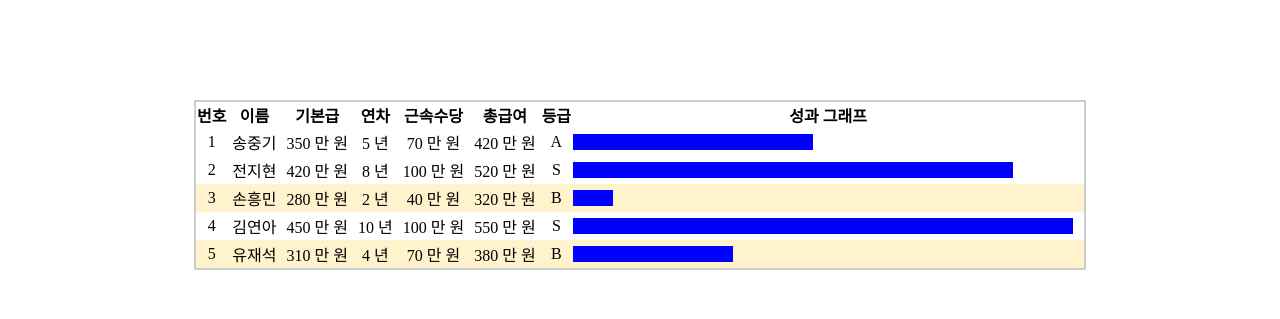
Repository: kkw3202/Jsp2026
Page: http://localhost/chapter01/exsample_salary.jsp
These files come from the project's save history. The page is drawn as it stood at one moment and after the next save; the edit follows.
The browser window is 1280 px wide. The pictures show the whole page.
The page is served by Tomcat 9.

Above is the page before, as saved 2026-10-16 07:45:45.

### chapter01/src/main/webapp/exsample_salary.jsp
<%@ page language="java" contentType="text/html; charset=UTF-8"
    pageEncoding="UTF-8" import="java.util.*"%>
<!DOCTYPE html>
<html>
<head>
<meta charset="UTF-8">
<title>Insert title here</title>
</head>
<body>
	<table style="margin: 100px auto; border-collapse: collapse; border: 2px solid #ccc">
		<thead>
			<tr>
				<th>번호</th>
				<th>이름</th>
				<th>기본급</th>
				<th>연차</th>
				<th>근속수당</th>
				<th>총급여</th>
				<th>등급</th>
				<th>성과 그래프</th>
			</tr>
		</thead>
		<tbody>
			<%!
				String[] names = {"송중기","전지현","손흥민","김연아","유재석"};
				int[] basePays = {350, 420, 280, 450, 310};
				int[] years = {5, 8, 2, 10, 4};
			%>

			<%!
				public int getBonus(int year){
					return (year >= 7 ? 100 :
								year >= 4 ? 70 : 40);
				}
				public int getTotalPay(int basePay, int bonus){
					return basePay + bonus;
				}
				public String getGrade(int totalPay){
					return (totalPay >= 500 ? "S" :
								totalPay >= 400 ? "A" :
									totalPay >= 300 ? "B" : "C");
				}
			%>

			<%
				for(int i = 0; i<names.length; i++){
					int bonus = getBonus(years[i]);
					int totalPay = getTotalPay(basePays[i], bonus);
			%>
			<tr style='background-color: <%= totalPay < 400 ? "#fff3cd" : "" %>' >
				<td style="padding: 2px 5px; text-align: center;"><%= i+1 %></td>
				<td style="padding: 2px 5px; text-align: center;"><%= names[i] %></td>
				<td style="padding: 2px 5px; text-align: center;"><%= basePays[i]%> 만 원</td>
				<td style="padding: 2px 5px; text-align: center;"><%= years[i] %> 년</td>
				<td style="padding: 2px 5px; text-align: center;"><%= bonus %> 만 원</td>
				<td style="padding: 2px 5px; text-align: center;"><%= totalPay %> 만 원</td>
				<td style="padding: 2px 5px; text-align: center;"><%= getGrade(totalPay) %></td>
				<td><div style='width: <%= (totalPay - 300)*2 %>px; height: 16px; background-color: blue; margin-right:10px;'></div></td>
			</tr>
			<%
				}
			%>

		</tbody>
	</table>
</body>
</html>

After the next save:
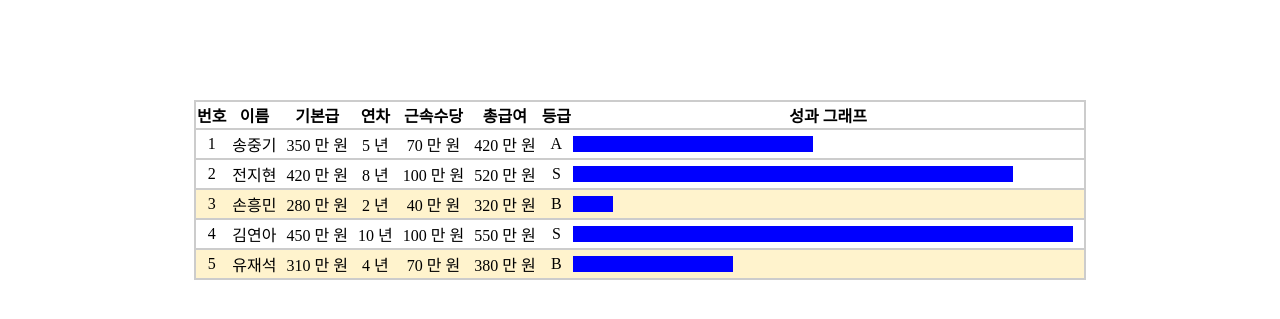
Saved 16 s later.
--- a/chapter01/src/main/webapp/exsample_salary.jsp
+++ b/chapter01/src/main/webapp/exsample_salary.jsp
@@ -47,7 +47,7 @@
 					int bonus = getBonus(years[i]);
 					int totalPay = getTotalPay(basePays[i], bonus);
 			%>
-			<tr style='background-color: <%= totalPay < 400 ? "#fff3cd" : "" %>' >
+			<tr style='border: 2px solid #ccc; background-color: <%= totalPay < 400 ? "#fff3cd" : "" %>' >
 				<td style="padding: 2px 5px; text-align: center;"><%= i+1 %></td>
 				<td style="padding: 2px 5px; text-align: center;"><%= names[i] %></td>
 				<td style="padding: 2px 5px; text-align: center;"><%= basePays[i]%> 만 원</td>
